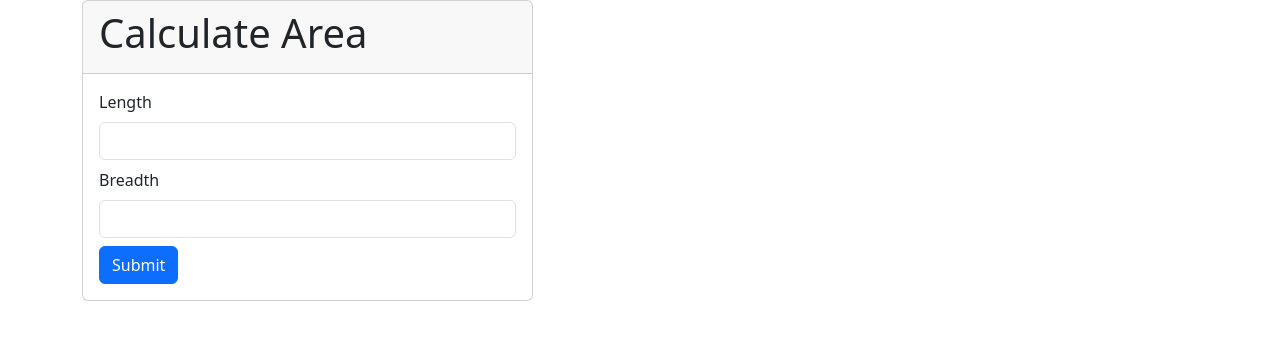
Repository: Laxman-Nath/Servlet_JSP
Page: http://localhost/Area/
These files come from the project's save history. The page is drawn as it stood at one moment and after the next save; the edit follows.
The browser window is 1280 px wide. The pictures show the whole page.
The page is served by Tomcat 9.

Above is the page before, as saved 2024-09-02 10:49:09.

After the next save:
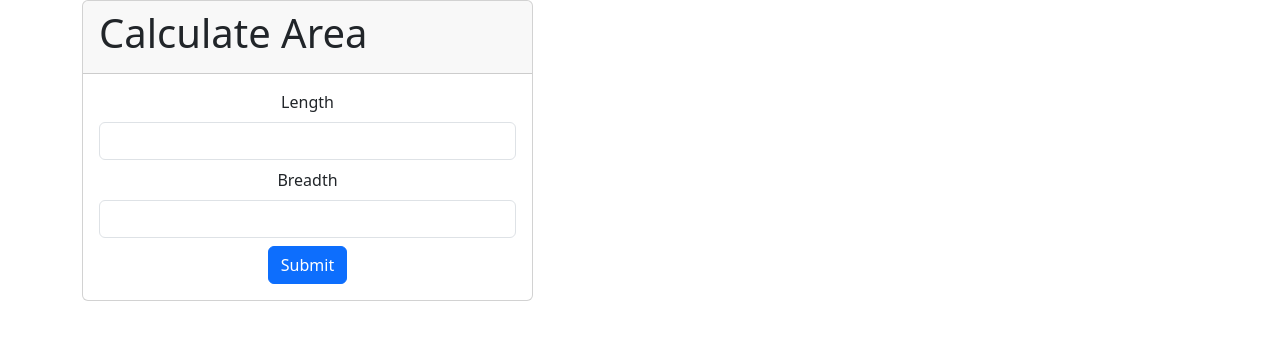
Saved 19 s later.
--- a/Area/src/main/webapp/Area.jsp
+++ b/Area/src/main/webapp/Area.jsp
@@ -17,7 +17,7 @@
 <div class="col-md-5">
     <div class="card">
     <div class="card-header"><h1>Calculate Area</h1></div>
-    <div class="card-body">
+    <div class="card-body text-center">
 	<form action="" method="post">
 		<div class="mb-2">
 		<label class="form-label">Length</label><input class="form-control" type="number" name="length">
